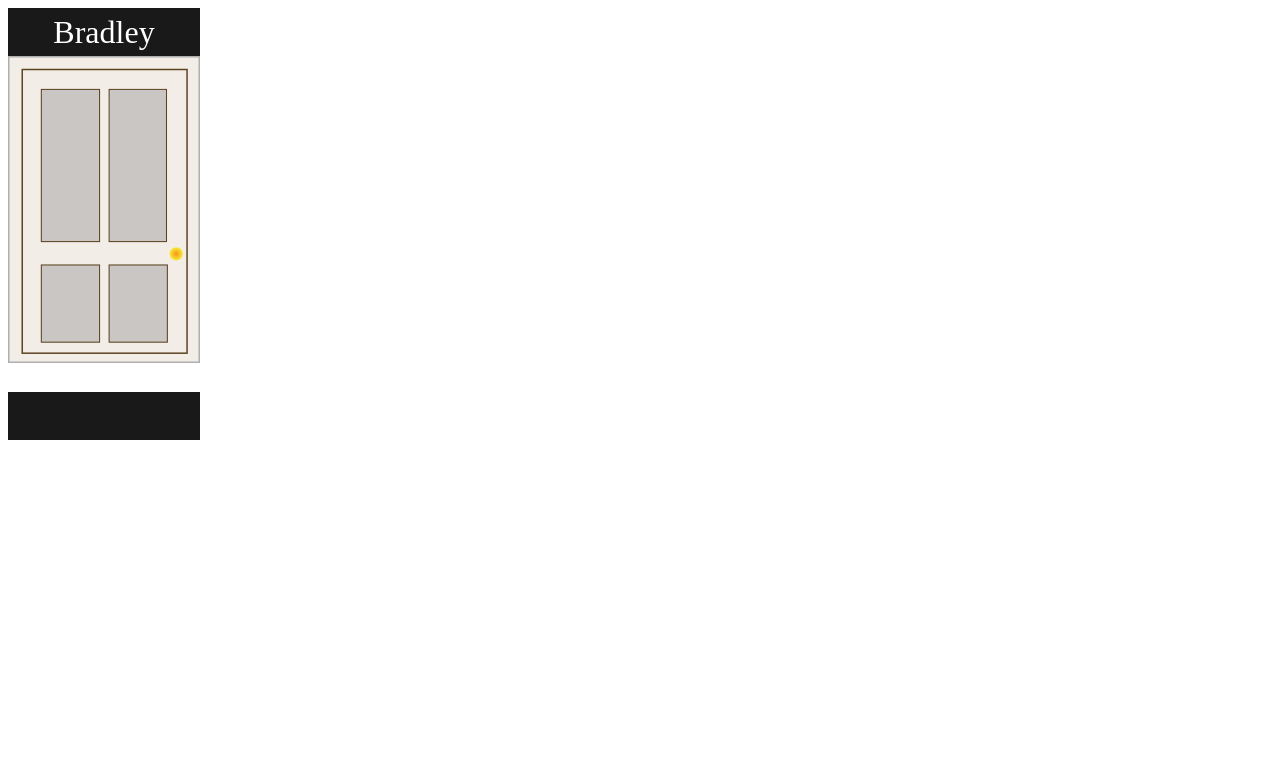
Repository: dnguyen130/HelpAHomieV3
Page: doors.html
An editor plug-in stored every save of this project. The page is shown before and after the next save, followed by the edit.
The browser window is 1280 px wide. The pictures show the whole page.

Above is the page before, as saved 2021-03-10 19:18:36.

### doors.html
<!DOCTYPE html>
<html lang="en">
<head>
    <meta charset="UTF-8">
    <meta http-equiv="X-UA-Compatible" content="IE=edge">
    <meta name="viewport" content="width=device-width, initial-scale=1.0">
    <link rel="stylesheet" href="styles.css" type="text/css">
    <title>Document</title>
</head>
<body>

    <div class="main">
        <div class="doortest"></div>
    </div>
    <script src="./comps/Door/index.js"></script>
    <script src="workflow.js"></script>
</body>
</html>

### comps/Door/index.js
function DoorUI(text="Bradley", image="images/doorclosed.svg", hoverimage="images/dooropened.svg"){
    return `
        <div style="
            width: 12rem;
            height: 24rem;
            display: flex;
            flex-direction: column;
            align-items: center;
        ">
            <div style="
                width: 12rem;
                height: 3rem;
                font-size: 2rem;
                background-color: #191919;
                color: white;
                display: flex;
                align-items: center;
                justify-content: center;
            ">${text}
            </div>
            <img
            src="${image}"
            onmouseover="this.src='${hoverimage}'"
            onmouseout="this.src='${image}'"
            />
        </div>
    `
}


// export const Door = DoorUI();

### workflow.js
document.querySelector(".doortest").innerHTML += DoorUI();
document.querySelector(".doortest").innerHTML += DoorUI("", "", "Greg" );

Loaded but not shown: styles.css (no stored copy; drawn as an empty file)

After the next save:
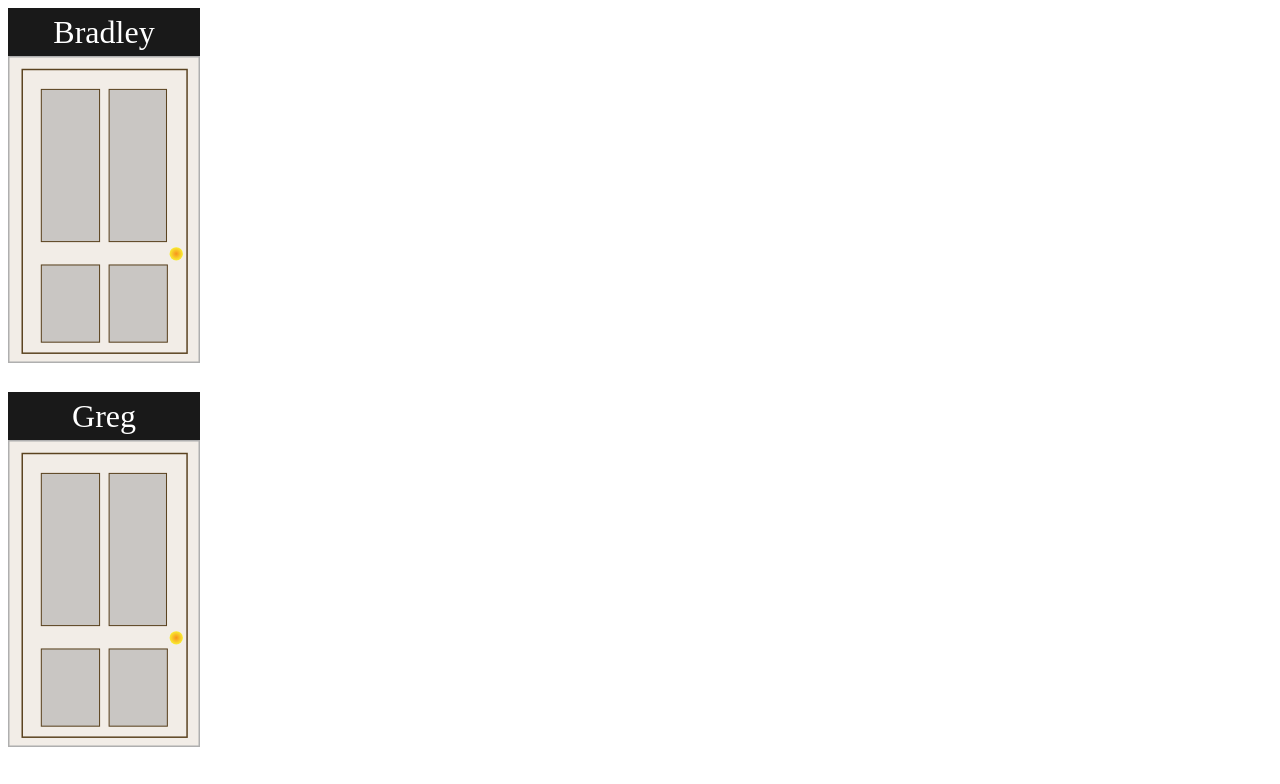
Saved 6 s later.
--- a/workflow.js
+++ b/workflow.js
@@ -1,2 +1,2 @@
 document.querySelector(".doortest").innerHTML += DoorUI();
-document.querySelector(".doortest").innerHTML += DoorUI("", "", "Greg" );
+document.querySelector(".doortest").innerHTML += DoorUI("Greg");
